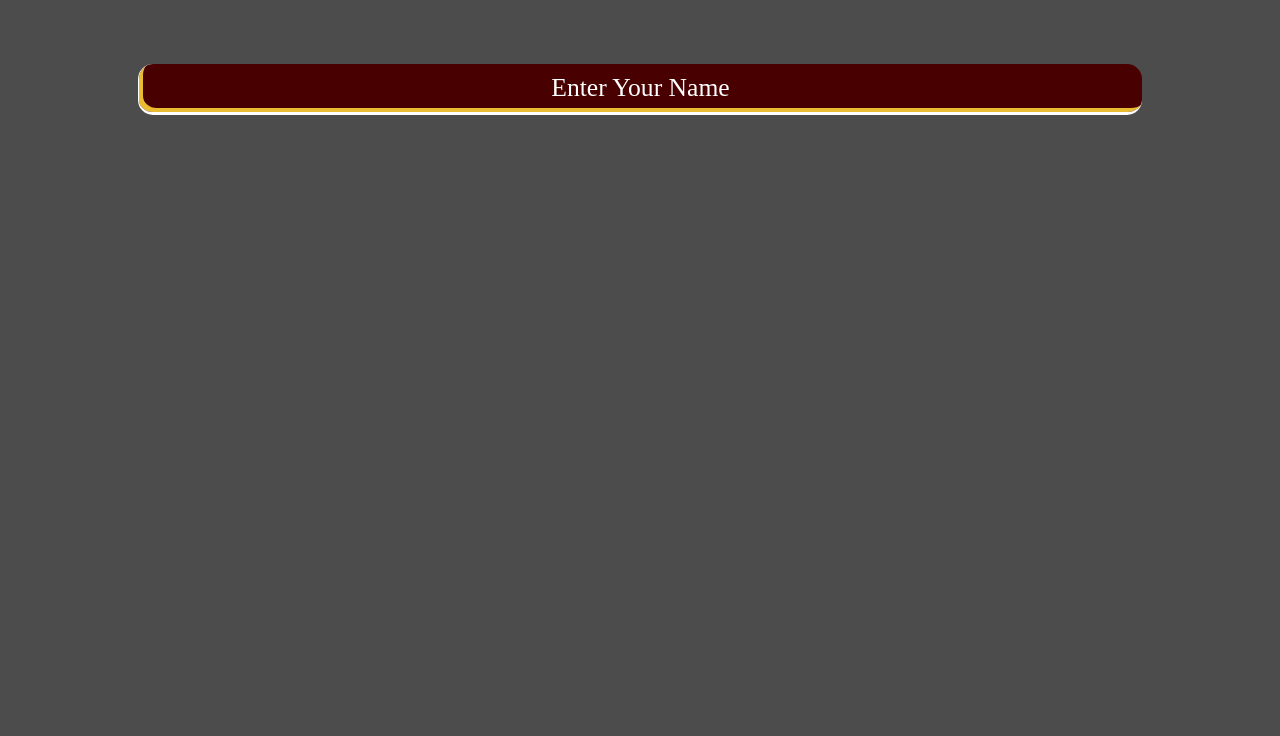
Repository: Haneef-Shaik/Greetings
Page: /
The author's editor kept a copy of each file at every save. The page is drawn from the files as they stood at one save, then again after the next save.
The browser window is 1280 px wide. The pictures show the whole page.
The project was rebuilt for these pictures with package versions that can differ from the ones it lists, and the page was loaded fresh each time. The framework's server and built-in components were replaced by stand-ins that run in the browser. Also part of the build but not shown: next.config.js, styles/card.module.scss, components/card.js, styles/socialShare.module.scss, components/socialShare.js.

Above is the page before, as saved 2021-12-01 20:27:01.

After the next save:
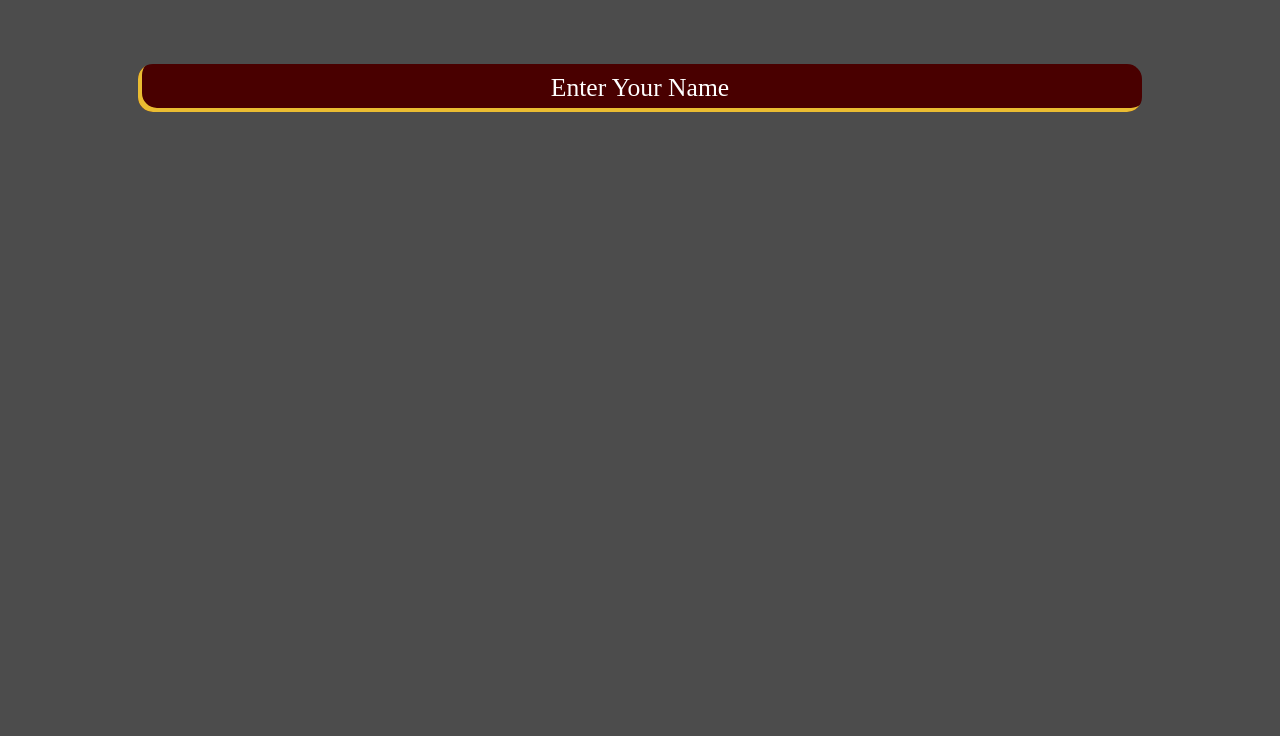
Saved 22 s later.
--- a/styles/form.module.scss
+++ b/styles/form.module.scss
@@ -8,8 +8,6 @@
         font-family: 'Times New Roman', Times, serif;
         font-size:1.6rem;
         border:none;
-        border-bottom: 3px solid #fff ;
-        border-left: 1px solid #fff ;
 
         background-color:#490000;
         border-radius:15px;
